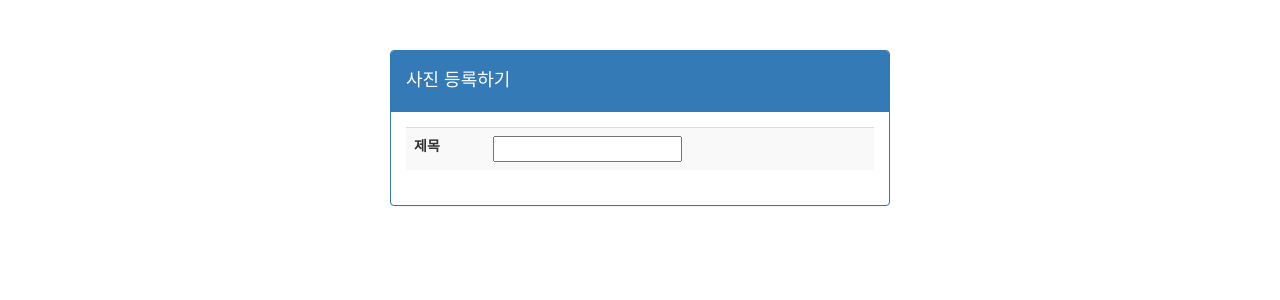
Repository: simDev1234/WebStudy
Page: http://localhost/2022_0607_PhotoGallery/photo/insert_form.do
These files come from the project's save history. The page is drawn as it stood at one moment and after a run of saves; the edit follows.
The browser window is 1280 px wide. The pictures show the whole page.
The page is served by Tomcat 9.

Above is the page before, as saved 2022-06-08 02:57:38.

After the next 2 saves:
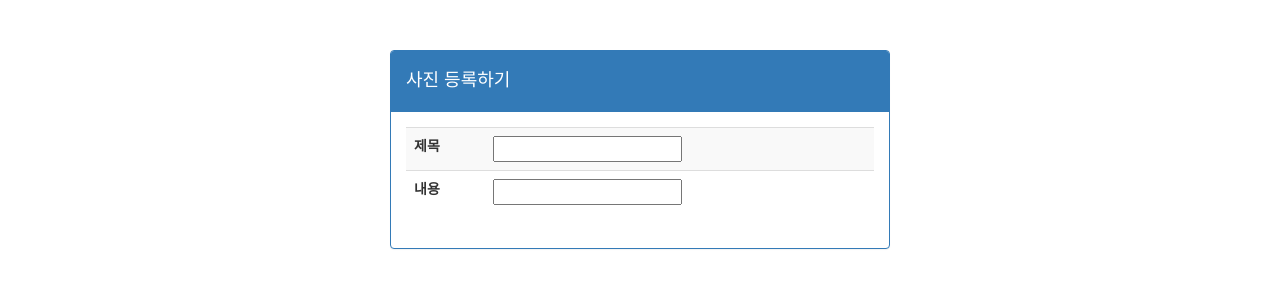
The 2 saves are shown as one change because they came seconds apart.
The last was saved 10 s later.
--- a/_01_상반기_WebStudy/2022_0607_PhotoGallery/src/main/webapp/photo/photo_insert_form.jsp
+++ b/_01_상반기_WebStudy/2022_0607_PhotoGallery/src/main/webapp/photo/photo_insert_form.jsp
@@ -27,6 +27,10 @@
 	                <th>제목</th>
 	                <td><input name = "p_subject"></td>
 	              </tr>
+	              <tr>
+	                <th>내용</th>
+	                <td><input name = "p_subject"></td>
+	              </tr>
 	          </table>
 	       </div>
 	     </div>
